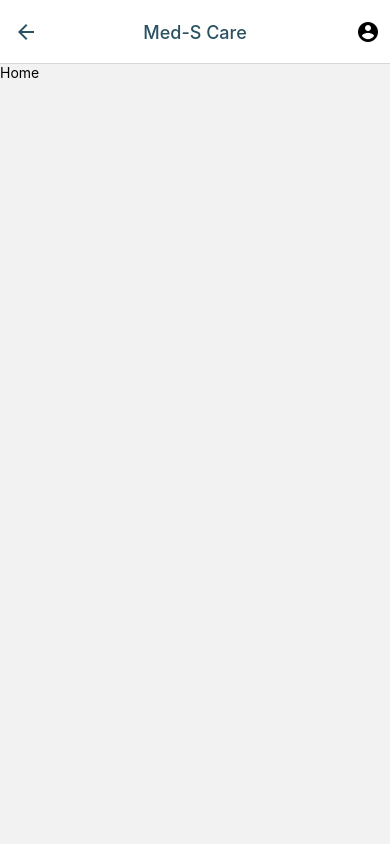
Repository: SaudCh/Expo-Pethub
Screen: /Home
These files come from the project's save history. The screen is drawn as it stood at one moment and after the next save; the edit follows.
The app was drawn by React Native's web renderer in a window 390 px wide. The project was rebuilt for these pictures with package versions that can differ from the ones it lists, and the page was loaded fresh each time. Also part of the build but not shown: Screens/Signup.js, Screens/Profile.js, Screens/UpdateProfile.js.

Above is the screen before, as saved 2022-11-15 00:09:58.

After the next save:
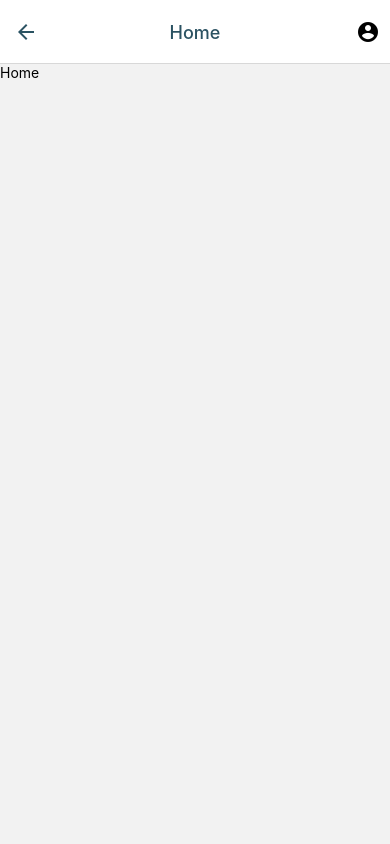
Saved 5 s later.
--- a/Components/Navigator.js
+++ b/Components/Navigator.js
@@ -29,7 +29,7 @@ function AppNavigator() {
                 <Stack.Screen name="Signup" component={Signup} />
                 <Stack.Screen name="Home" component={Home}
                     options={{
-                        title: 'Med-S Care',
+                        title: 'Home',
                         headerTintColor: "#2B5262",
                         headerTitleAlign: 'center',
                         headerRight: () => (
